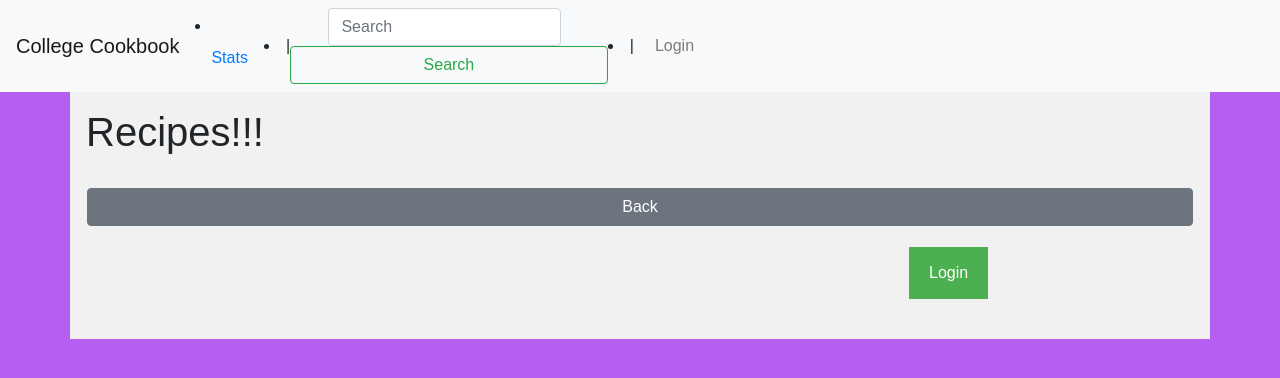
Repository: iiostefanos/college-cookbook
Page: http://localhost/
The author's editor kept a record of every edit. The page is drawn from the files as they stood at one moment, then again after the next edit.
The browser window is 1280 px wide. The pictures show the whole page.
The page is served by the project's application, run on Flask 3 (app.py). Queries for data that is not in the repository find no rows.

Above is the page before.

After the next edit:
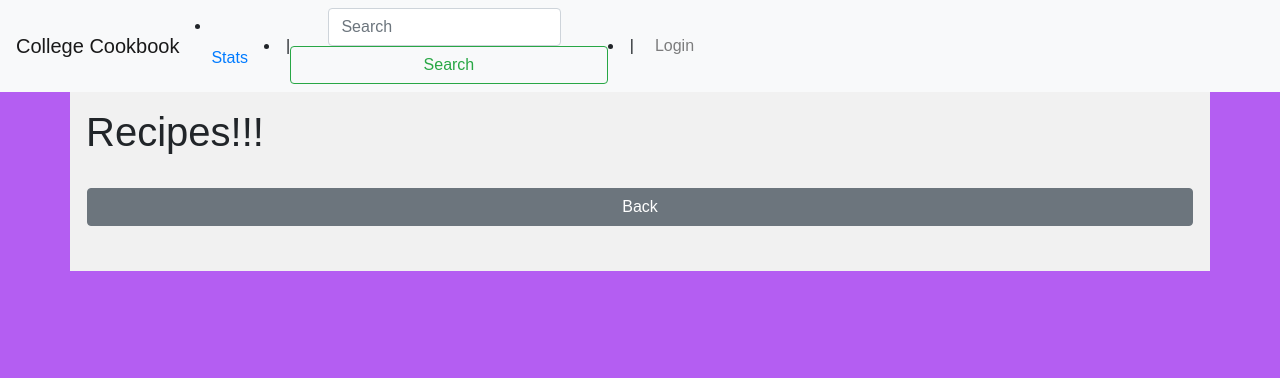
The edit:
--- a/templates/base.html
+++ b/templates/base.html
@@ -39,7 +39,6 @@
         {% block content %}
         {% endblock %}
         </div>
-        <button onclick="document.getElementById('id01').style.display='block'" style="width:auto;">Login</button>
 
 <div id="id01" class="modal">
 
